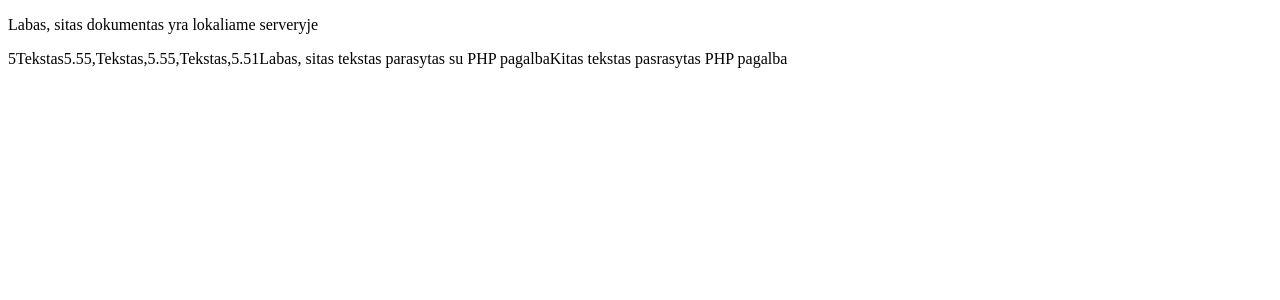
Repository: motiejus1/01-paskaita-PHP-05.31
Page: http://localhost/
The author's editor kept a copy of each file at every save. The page is drawn from the files as they stood at one save, then again after a run of saves.
The browser window is 1280 px wide. The pictures show the whole page.
The page is run by PHP 8.4 with error messages shown; the project is at /var/www/html/.

Above is the page before, as saved 2021-07-22 20:44:21.

### index.php
<!DOCTYPE html>
<html lang="en">
<head>
    <meta charset="UTF-8">
    <meta http-equiv="X-UA-Compatible" content="IE=edge">
    <meta name="viewport" content="width=device-width, initial-scale=1.0">
    <title>01-paskaita PHP</title>
    <style>
    </style>
</head>
<body>

    <!-- PHP koda -->

    <!-- dokumentas yra pavadintas index.html arba index.php -->

    <p>Labas, sitas dokumentas yra lokaliame serveryje</p>
    <?php
        //Kintamieji

        $skaicius = 5;
        $tekstas = "Tekstas";
        $sk = 5.5;
        $tiesa = true;
        $melas = false;


        echo $skaicius,$tekstas,$sk;
        //Tarpas tarp kintamuju?
        //Javascript +; tekstas + " " + tekstas = tekstas tekstas
        // Noriu kelti i kita eilute? <br>
        echo $skaicius.",".$tekstas.",".$sk;

        echo $skaicius,",",$tekstas,",",$sk;

        echo $tiesa; //vizualiai nebus atvaizduojamas
        echo $melas; //vizualiai nebus atvaizduojamas

        echo "Labas, sitas tekstas parasytas su PHP pagalba";
        echo "Kitas tekstas pasrasytas PHP pagalba";
    ?>


    <script>

        var kintamasis;
        kintamasis = 5;
        "use strict";
        console.log("labas");
    </script>
</body>
</html>

After the next 3 saves:
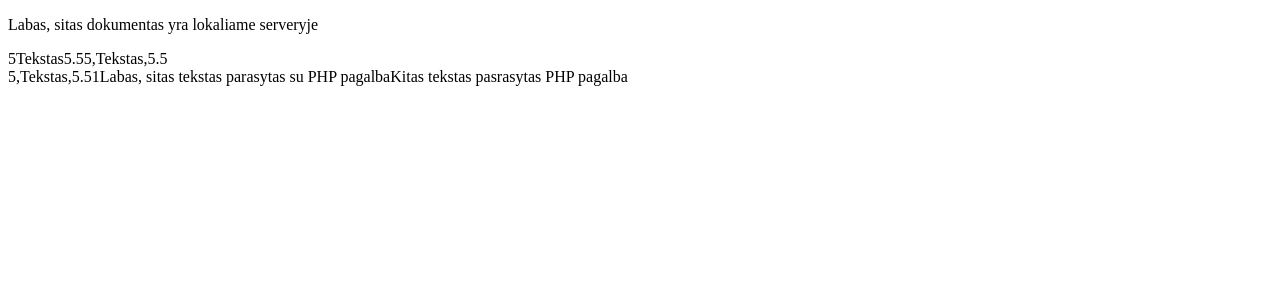
The 3 saves are shown as one change because they came seconds apart.
The last was saved 8 s later.
--- a/index.php
+++ b/index.php
@@ -30,7 +30,7 @@
         //Javascript +; tekstas + " " + tekstas = tekstas tekstas
         // Noriu kelti i kita eilute? <br>
         echo $skaicius.",".$tekstas.",".$sk;
-
+        echo "<br>";
         echo $skaicius,",",$tekstas,",",$sk;
 
         echo $tiesa; //vizualiai nebus atvaizduojamas
